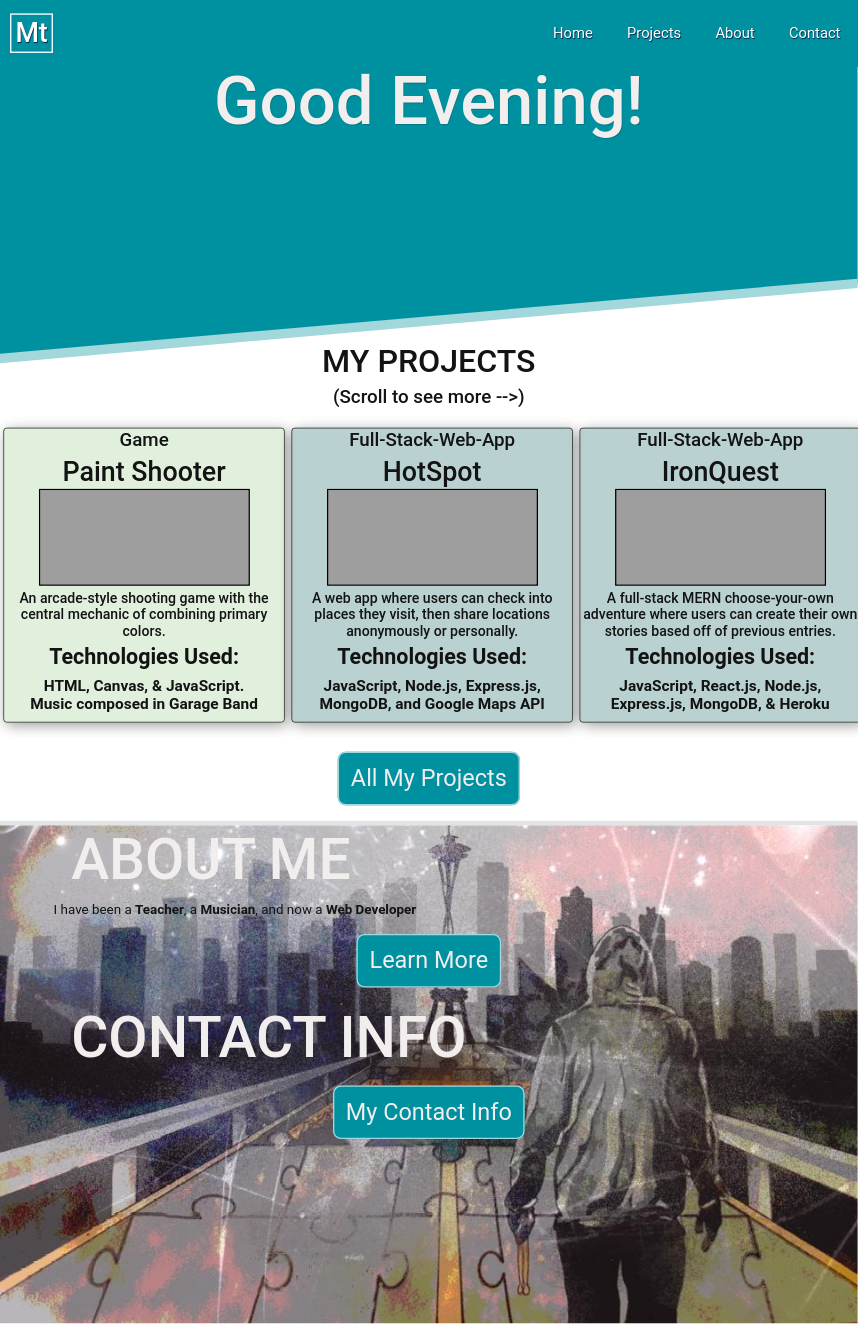
Repository: MikeTroianello/troianello
Page: /
An editor plug-in stored every save of this project. The page is shown before and after the next save, followed by the edit.
The browser window is 1280 px wide. The pictures show the whole page, at 67% of full size.
Pictures or frames that could not be fetched are drawn as grey boxes. The project was rebuilt for these pictures with package versions that can differ from the ones it lists, and the page was loaded fresh each time. Also part of the build but not shown: src/components/Greet/Greet.css, src/components/Greet/GreetMobile.css, src/components/locations/About/About.css, src/components/locations/About/AboutMobile.css, src/components/locations/About/About.js, src/components/locations/Projects.js, src/components/locations/Contact/Contact.css, src/components/locations/Contact/ContactMobile.css and 2 more.

Above is the page before, as saved 2019-08-29 14:48:41.

After the next save:
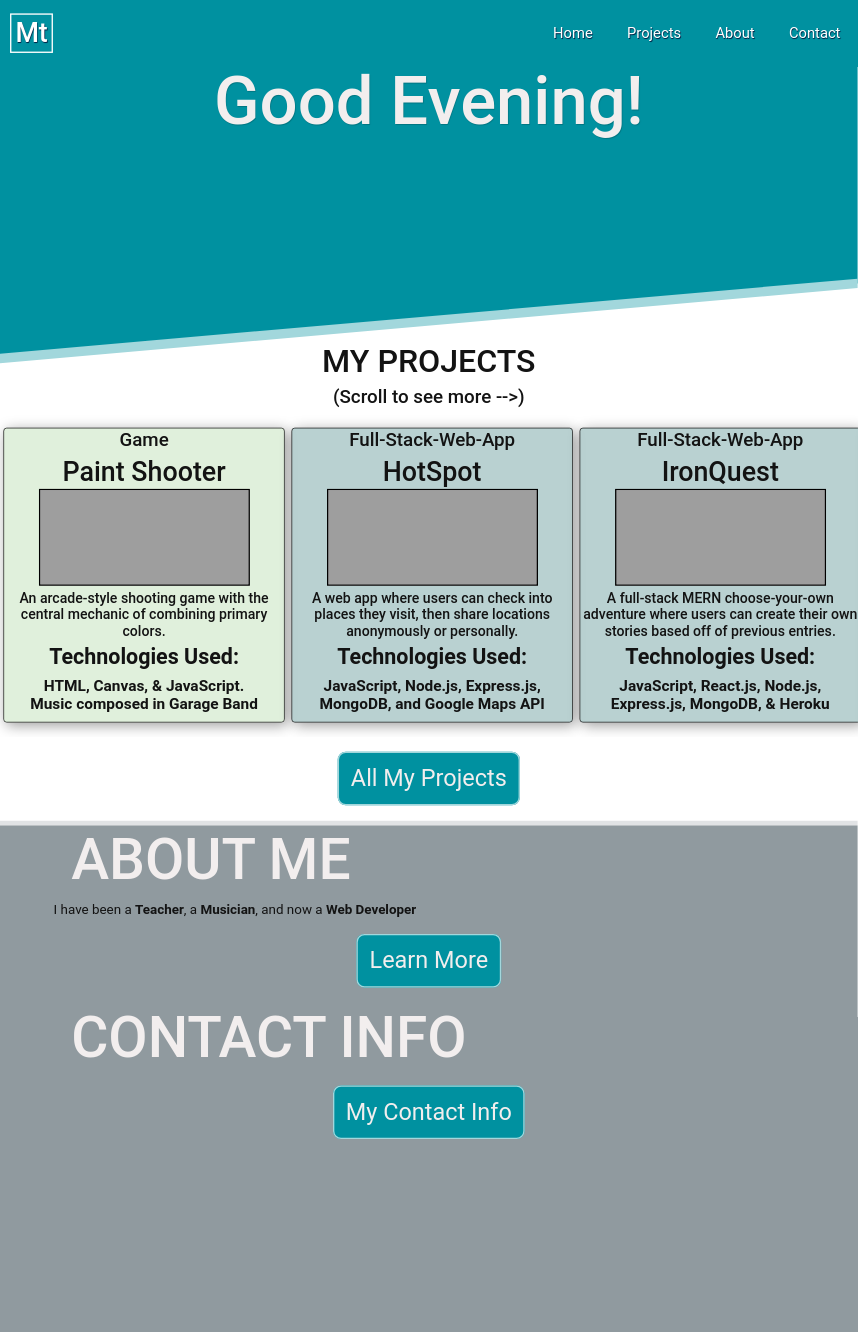
Saved 63 min 34 s later.
--- a/src/App.css
+++ b/src/App.css
@@ -163,12 +163,12 @@ p {
 
 .home-about {
   height: 105vh;
-  background: url('./components/images/pics/album-pics/thumbnail-3.jpg')
+  /* background: url('./components/images/pics/album-pics/thumbnail-3.jpg')
     no-repeat;
   background-size: 100% auto;
-  background-position: 0 -30vh;
+  background-position: 0 -30vh; */
   /* background-repeat: no-repeat; */
-  /* background-color: #909a9f; */
+  background-color: #909a9f;
 }
 
 .home-about h1 {
